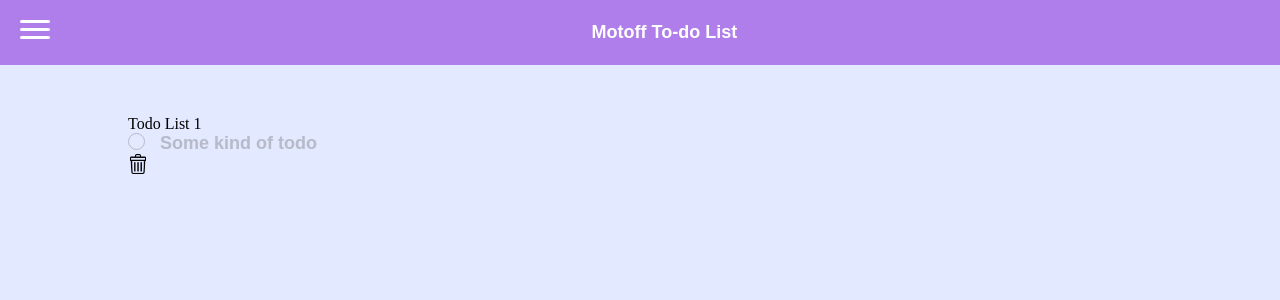
Repository: Amad-Mlinka/Todo-List-Vanilla-JS
Page: index.html
An editor plug-in stored every save of this project. The page is shown before and after the next save, followed by the edit.
The browser window is 1280 px wide. The pictures show the whole page.
The page's requests for data from a server got no answer.

Above is the page before, as saved 2021-09-15 01:08:59.

After the next save:
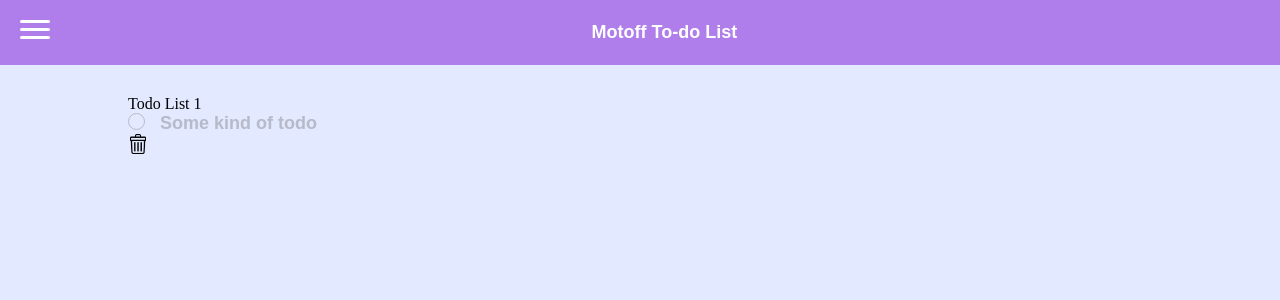
Saved 4 s later.
--- a/styles/style.css
+++ b/styles/style.css
@@ -24,7 +24,7 @@ body{
   display: flex;
   flex-direction: column;
   width: 300px;
-  margin-top: 50px;
+  margin-top: 30px;
 }
 .todoItem{
   display: flex;
